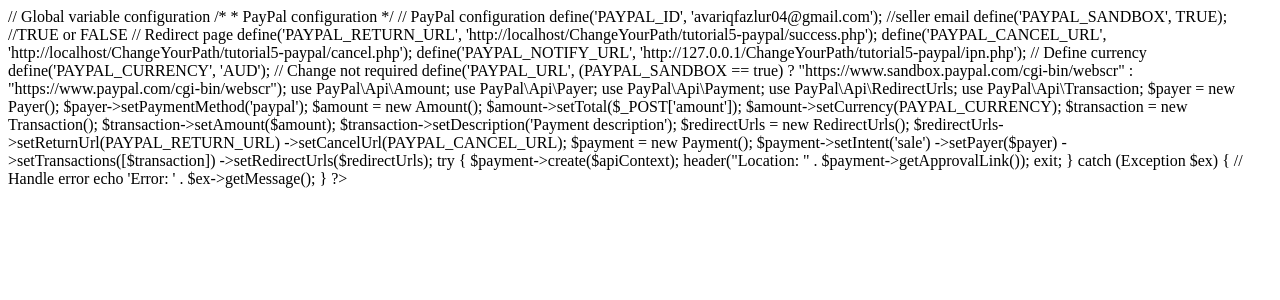
Repository: avariqfr30/assignment2-copy
Page: http://localhost/ChangeYourPath/paypal_payment.php
The author's editor kept a copy of each file at every save. The page is drawn from the files as they stood at one save, then again after the next save.
The browser window is 1280 px wide. The pictures show the whole page.
The page is run by PHP 8.4 with error messages shown; the project is at /var/www/html/.

Above is the page before, as saved 2024-09-10 01:08:04.

### paypal_payment.php
// Global variable configuration
/*
* PayPal configuration
*/
// PayPal configuration
define('PAYPAL_ID', 'avariqfazlur04@gmail.com'); //seller email
define('PAYPAL_SANDBOX', TRUE); //TRUE or FALSE
// Redirect page
define('PAYPAL_RETURN_URL', 'http://localhost/ChangeYourPath/tutorial5-paypal/success.php');
define('PAYPAL_CANCEL_URL', 'http://localhost/ChangeYourPath/tutorial5-paypal/cancel.php');
define('PAYPAL_NOTIFY_URL', 'http://127.0.0.1/ChangeYourPath/tutorial5-paypal/ipn.php');
// Define currency
define('PAYPAL_CURRENCY', 'AUD');

// Change not required
define('PAYPAL_URL', (PAYPAL_SANDBOX == true) ? "https://www.sandbox.paypal.com/cgi-bin/webscr" : "https://www.paypal.com/cgi-bin/webscr");

use PayPal\Api\Amount;
use PayPal\Api\Payer;
use PayPal\Api\Payment;
use PayPal\Api\RedirectUrls;
use PayPal\Api\Transaction;

$payer = new Payer();
$payer->setPaymentMethod('paypal');

$amount = new Amount();
$amount->setTotal($_POST['amount']);
$amount->setCurrency(PAYPAL_CURRENCY);

$transaction = new Transaction();
$transaction->setAmount($amount);
$transaction->setDescription('Payment description');

$redirectUrls = new RedirectUrls();
$redirectUrls->setReturnUrl(PAYPAL_RETURN_URL)
             ->setCancelUrl(PAYPAL_CANCEL_URL);

$payment = new Payment();
$payment->setIntent('sale')
        ->setPayer($payer)
        ->setTransactions([$transaction])
        ->setRedirectUrls($redirectUrls);

try {
    $payment->create($apiContext);
    header("Location: " . $payment->getApprovalLink());
    exit;
} catch (Exception $ex) {
    // Handle error
    echo 'Error: ' . $ex->getMessage();
}
?>

After the next save:
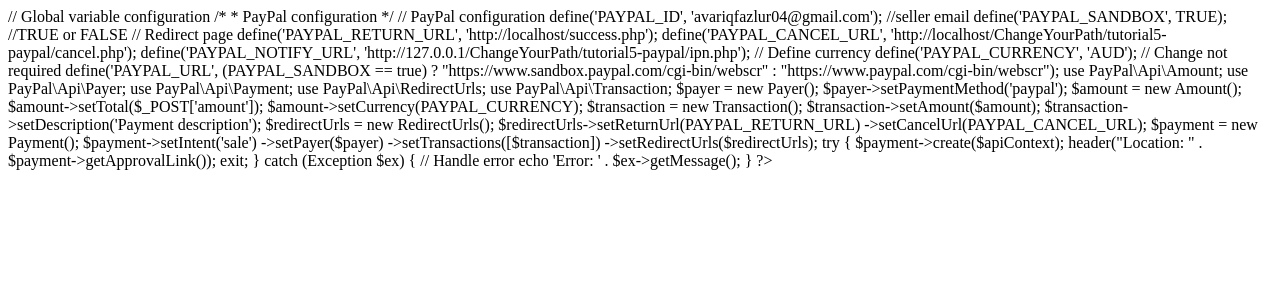
Saved 10 s later.
--- a/paypal_payment.php
+++ b/paypal_payment.php
@@ -6,7 +6,7 @@
 define('PAYPAL_ID', 'avariqfazlur04@gmail.com'); //seller email
 define('PAYPAL_SANDBOX', TRUE); //TRUE or FALSE
 // Redirect page
-define('PAYPAL_RETURN_URL', 'http://localhost/ChangeYourPath/tutorial5-paypal/success.php');
+define('PAYPAL_RETURN_URL', 'http://localhost/success.php');
 define('PAYPAL_CANCEL_URL', 'http://localhost/ChangeYourPath/tutorial5-paypal/cancel.php');
 define('PAYPAL_NOTIFY_URL', 'http://127.0.0.1/ChangeYourPath/tutorial5-paypal/ipn.php');
 // Define currency
